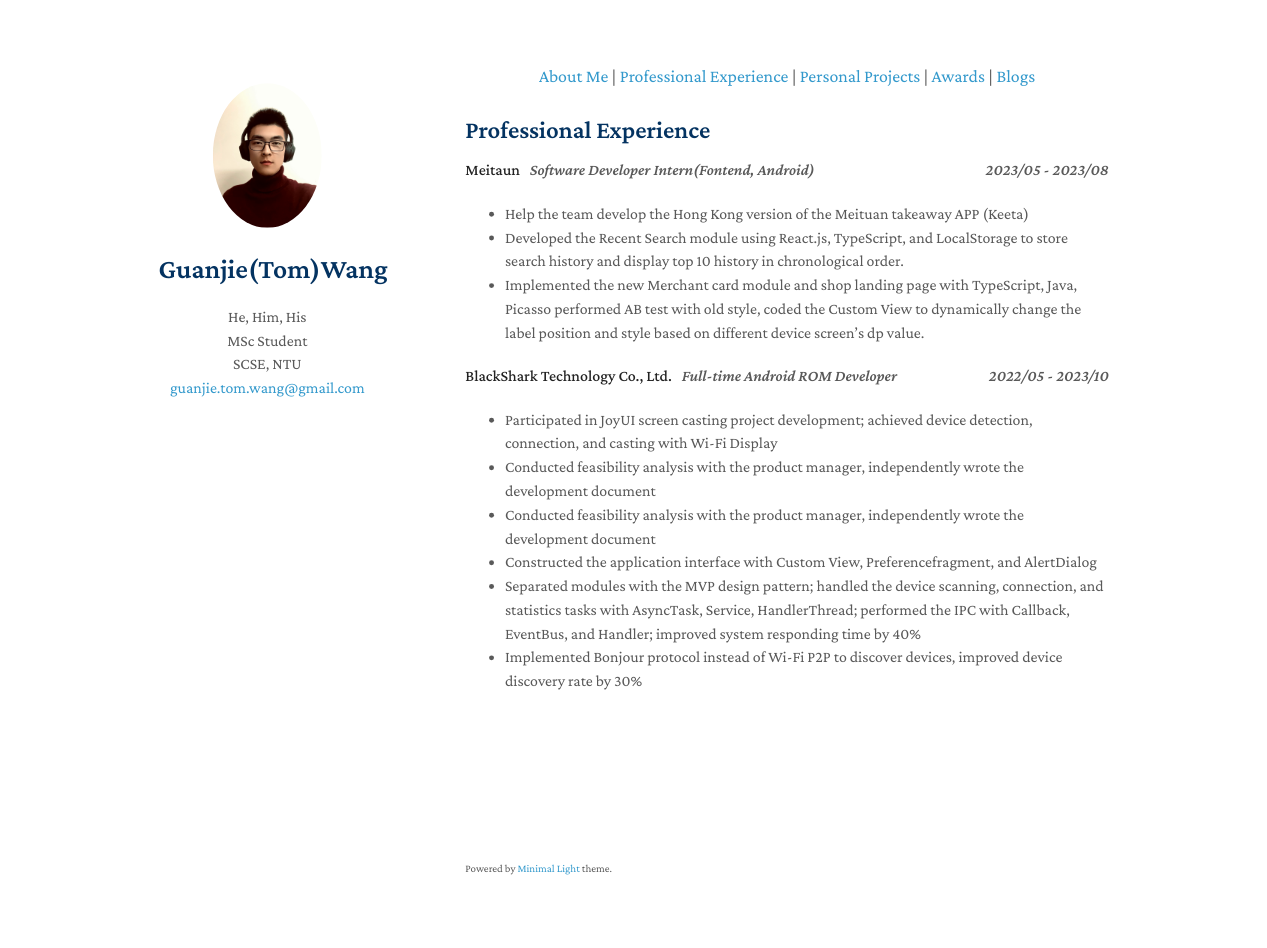
Repository: guanjie01/aboutme
Page: html/professional.html
The author's editor kept a copy of each file at every save. The page is drawn from the files as they stood at one save, then again after the next save.
The browser window is 1280 px wide. The pictures show the whole page, at 99% of full size.

Above is the page before, as saved 2023-07-31 18:42:44.

### html/professional.html
<!DOCTYPE html>
<html lang="en" class="">
  <head>
    <meta http-equiv="Content-Type" content="text/html; charset=UTF-8" />
    <title>Guanjie Wang</title>
    <link rel="shortcut icon" href="../assert/Icon.ico" />
    <meta http-equiv="X-UA-Compatible" content="IE=edge" />
    <meta name="viewport" content="width=device-width, initial-scale=1" />
    <meta
      name="description"
      content="The Minimal Light is a simple and elegant jekyll theme for academic personal homepage."
    />

    <meta name="keywords" content="minimal academic" />

    <link rel="stylesheet" href="../css/academicons.min.css" />

    <link rel="stylesheet" href="../css/all.min.css" />

    <link rel="stylesheet" href="../css/style.css" />
    <link
      type="text/css"
      rel="stylesheet"
      charset="UTF-8"
      href="../css/translateelement.css"
    />
  </head>
  <script src="../js/Professional.js"></script>
  <body data-new-gr-c-s-check-loaded="14.1087.0" data-gr-ext-installed="">
    <div id="app">
      <div class="spinner">
        <div class="rect1"></div>
        <div class="rect2"></div>
        <div class="rect3"></div>
        <div class="rect4"></div>
        <div class="rect5"></div>
      </div>
      <p style="text-align: center; font-size: 28px">Loading, please wait... </p>
    </div>
    <div class="wrapper">
    <header id="hd">
      <a class="image avatar"
        ><img
          src="../assert/Photo.jpg"
          alt="avatar"
          oncontextmenu="return false"
      /></a>

      <h1>Guanjie(Tom)Wang</h1>
      He, Him, His
      <br />
      MSc Student
      <br />

      SCSE, NTU

      <br />
      <a href="mailto: guanjie.tom.wang@gmail.com"
        >guanjie.tom.wang@gmail.com</a
      >
    </header>
    <section id="main">
      <nav id="nav">
        <a href="https://o-guanjiewang-o.github.io/guanjiewang.com/index.html">About Me</a> |
        <a href="https://o-guanjiewang-o.github.io/guanjiewang.com/html/professional.html">Professional Experience</a> |
        <a href="https://o-guanjiewang-o.github.io/guanjiewang.com/html/project.html">Personal Projects</a> |
        <a href="https://o-guanjiewang-o.github.io/guanjiewang.com/html/awards.html">Awards</a> |
        <a href="https://o-guanjiewang-o.github.io/guanjiewang.com/html/blogs.html">Blogs</a>
      </nav>
      <br />
      <div id="work-experience">
        <h2>Professional Experience</h2>
      <p>
          <strong style="float:left;margin-right:10px;">Meitaun<br></strong>

          <em style="float:left;">Software Developer Intern(Fontend, Android)</em>

          <em style="float:right;margin-left:10px;">2023/05 - 2023/08</em>
      </br>
         </p>

        <ul>
          <li>
            Help the team develop the Hong Kong version of the Meituan takeaway APP (Keeta)
          </li>
          <li>
            Developed the Recent Search module using React.js, TypeScript, and LocalStorage to store search history and display top 10 history in chronological order.
          </li>
          <li>
            Implemented the new Merchant card module and shop landing page with TypeScript, Java, Picasso performed AB test with old style, coded the Custom View to dynamically change the label position and style based on different device screen’s dp value.
          </li>
        </ul>


        <p>
          <strong style="float:left;margin-right:10px;">BlackShark Technology Co., Ltd.<br></strong>

          <em style="float:left;">Full-time Android ROM Developer</em>

          <em style="float:right;margin-left:10px;">2022/05 - 2023/10</em>
      </br>
         </p>

        <ul>
          <li>
            Participated in JoyUI screen casting project development; achieved
            device detection, connection, and casting with Wi-Fi Display
          </li>
          <li>
            Conducted feasibility analysis with the product manager,
            independently wrote the development document
          </li>
          <li>
            Conducted feasibility analysis with the product manager,
            independently wrote the development document
          </li>
          <li>
            Constructed the application interface with Custom View,
            Preferencefragment, and AlertDialog
          </li>
          <li>
            Separated modules with the MVP design pattern; handled the device
            scanning, connection, and statistics tasks with AsyncTask, Service,
            HandlerThread; performed the IPC with Callback, EventBus, and
            Handler; improved system responding time by 40%
          </li>
          <li>
            Implemented Bonjour protocol instead of Wi-Fi P2P to discover
            devices, improved device discovery rate by 30%
          </li>
        </ul>
      </div>

      <div id="reference">
        <br /><br /><br /><br /><br /><br />

        <p>
          <small
            >Powered by
            <a
              href="https://github.com/yaoyao-liu/minimal-light"
              target="_blank"
              rel="noopener"
              >Minimal Light</a
            >
            theme.</small
          >
        </p>
      </div>
    </section>
  </div>
  </body>
</html>

### css/style.css
@import url("https://fonts.googleapis.com/css2?family=Crimson+Pro:ital,wght@0,400;0,500;0,600;1,600&display=swap");
@import url("https://fonts.googleapis.com/css2?family=Ubuntu+Mono&display=swap");
body {
  background-color: #fff;
  padding: 0px;
  font: 16px/1.5 Crimson Pro, serif;
  color: #595959;
  font-weight: 400;
  margin: 0;
}
@keyframes fadeInAnimation {
  0% {
    opacity: 0; /*设置不透明度*/
  }
  100% {
    opacity: 1;
  }
}
.social-icons a {
  display: inline-block;
  height: 3rem;
  width: 3rem;
  background-color: #495057;
  color: #fff !important;
  border-radius: 100%;
  text-align: center;
  font-size: 1.5rem;
  line-height: 3.1rem;
  margin-right: 1rem;
}
.social-icons a:last-child {
  margin-right: 0;
}
.social-icons a:hover {
  background-color: #000000;
}
autocolor {
  color: #494949;
}
lightonly {
  visibility: visible;
}
darkonly {
  visibility: hidden;
}
education {
  font-weight: 500;
  font-size: 115%;
}
papertitle {
  font-weight: 600;
  font-size: 100%;
}
@media (prefers-color-scheme: dark) {
  body {
    background-color: #20212b;
    color: #dadbdf;
  }
  autocolor {
    color: #dadbdf;
  }
  lightonly {
    visibility: hidden;
  }
  darkonly {
    visibility: visible;
  }
  papertitle {
    color: #eeeff0;
  }
}
.image {
  border-radius: 0.35em;
  border: 0;
  display: inline-block;
  position: relative;
}
.image:before {
  -moz-transition: opacity 0.2s ease-in-out;
  -webkit-transition: opacity 0.2s ease-in-out;
  -ms-transition: opacity 0.2s ease-in-out;
  transition: opacity 0.2s ease-in-out;
  border-radius: 0.35em;
  content: "";
  display: block;
  height: 100%;
  left: 0;
  opacity: 0.5;
  position: absolute;
  top: 0;
  width: 100%;
}
.image.avatar {
  border-radius: 100%;
}
.image.avatar:before {
  display: none;
}
.image.avatar img {
  border-radius: 100%;
  width: 50%;
  padding: 20px;
}
#header .image.avatar {
  margin: 0 0 1em 0;
  width: 8em;
}
h1,
h3,
h4,
h5,
h6 {
  font-weight: 600;
  color: #043361;
  margin: 0 0 20px;
}
h2 {
  color: #043361;
  margin: 2px 0px 15px;
  font-size: 157%;
}
@media (prefers-color-scheme: dark) {
  h1,
  h3,
  h4,
  h5,
  h6 {
    color: #3eb7f0;
  }
  h2 {
    color: #3eb7f0;
  }
}
p,
ul,
ol,
table,
pre,
dl {
  margin: 0 0 20px;
}
h1,
h2,
h3 {
  line-height: 1.1;
}
h1 {
  font-size: 28px;
}
a {
  color: #39c;
  text-decoration: none;
}
a:hover {
  color: #069;
}
@media (prefers-color-scheme: dark) {
  a {
    color: #3eb7f0;
  }
}
a small {
  font-size: 11px;
  color: #777;
  margin-top: -0.3em;
  display: block;
}
a:hover small {
  color: #777;
}
.wrapper {
  width: 960px;
  margin: 0 auto;
}
blockquote {
  border-left: 1px solid #e5e5e5;
  margin: 0;
  padding: 0 0 0 20px;
  font-style: italic;
}
code,
pre {
  font-family: Monaco, Bitstream Vera Sans Mono, Lucida Console, Terminal,
    Consolas, Liberation Mono, DejaVu Sans Mono, Courier New, monospace;
  color: #333;
}
pre {
  max-width: 500px;
  padding: 8px 15px;
  background: #f8f8f8;
  border-radius: 5px;
  border: 1px solid #e5e5e5;
  overflow-x: auto;
}
table {
  width: 100%;
  border-collapse: collapse;
}
th,
td {
  text-align: left;
  padding: 5px 10px;
  border-bottom: 1px solid #e5e5e5;
}
dt {
  color: #444;
  font-weight: 500;
}
th {
  color: #444;
}
@media (prefers-color-scheme: dark) {
  th {
    color: #3eb7f0;
  }
  dt {
    color: #3eb7f0;
  }
}
img {
  max-width: 100%;
}
header {
  width: 220px;
  float: left;
  position: fixed;
  -webkit-font-smoothing: subpixel-antialiased;
  padding-top: 4em;
  text-align: center;
  animation: 1s fadeInAnimation;
  animation-iteration-count: 1;
  animation-fill-mode: forwards;
}
nav {
  text-align: center;
  font-size: large;
  animation: 1s fadeInAnimation;
  animation-iteration-count: 1;
  animation-fill-mode: forwards;
}
#about-me {
  animation: 1s fadeInAnimation;
  animation-iteration-count: 1;
  animation-fill-mode: forwards;
}
#work-experience {
  animation: 1s fadeInAnimation;
  animation-iteration-count: 1;
  animation-fill-mode: forwards;
}

#project {
  animation: 1s fadeInAnimation;
  animation-iteration-count: 1;
  animation-fill-mode: forwards;
}
#Awards {
  animation: 1s fadeInAnimation;
  animation-iteration-count: 1;
  animation-fill-mode: forwards;
}
#reference {
  animation: 1s fadeInAnimation;
  animation-iteration-count: 1;
  animation-fill-mode: forwards;
}
header ul {
  list-style: none;
  height: 40px;
  padding: 0;
  background: #f4f4f4;
  border-radius: 5px;
  border: 1px solid #e0e0e0;
  width: 270px;
}
header li {
  width: 89px;
  float: left;
  border-right: 1px solid #e0e0e0;
  height: 40px;
}
header li:first-child a {
  border-radius: 5px 0 0 5px;
}
header li:last-child a {
  border-radius: 0 5px 5px 0;
}
header ul a {
  line-height: 1;
  font-size: 11px;
  color: #999;
  display: block;
  text-align: center;
  padding-top: 6px;
  height: 34px;
}
header ul a:hover {
  color: #999;
}
header ul a:active {
  background-color: #f0f0f0;
}
strong {
  color: #222;
  font-weight: 500;
}
@media (prefers-color-scheme: dark) {
  strong {
    color: #eeeff0;
  }
}
header ul li + li + li {
  border-right: none;
  width: 89px;
}
header ul a strong {
  font-size: 14px;
  display: block;
  color: #222;
}
section {
  width: 650px;
  float: right;
  padding-top: 4em;
  padding-bottom: 50px;
}
small {
  font-size: 11px;
}
hr {
  border: 0;
  background: #e5e5e5;
  height: 1px;
  margin: 0 0 20px;
}
footer {
  width: 220px;
  float: left;
  position: fixed;
  bottom: 30px;
  -webkit-font-smoothing: subpixel-antialiased;
  text-align: center;
}
@media print, screen and (max-width: 960px) {
  div.wrapper {
    width: auto;
    margin: 0;
  }
  header,
  section,
  footer {
    float: none;
    position: static;
    width: auto;
  }
  header {
    padding-right: 320px;
  }
  section {
    border: 1px solid #e5e5e5;
    border-width: 1px 0;
    padding: 20px 0;
    margin: 0 0 20px;
  }
  header a small {
    display: inline;
  }
  header ul {
    position: absolute;
    right: 50px;
    top: 52px;
  }
  .image.avatar img {
    border-radius: 100%;
    width: 117px;
    padding: 20px;
  }
  #head1o2 {
    visibility: hidden;
  }
  #head2o2 {
    visibility: hidden;
  }
}
@media print, screen and (max-width: 960px) {
  body {
    word-wrap: break-word;
    padding: 15px;
  }
  header {
    padding: 0;
  }
  pre,
  code {
    word-wrap: normal;
  }
}
@media print, screen and (max-width: 480px) {
  body {
    padding: 15px;
  }
  header ul {
    width: 99%;
  }
  header li,
  header ul li + li + li {
    width: 33%;
  }
  .image.avatar img {
    border-radius: 100%;
    width: 95px;
    padding: 20px;
  }
  #head1o2 {
    visibility: hidden;
  }
  #head2o2 {
    visibility: hidden;
  }
}
@media print {
  body {
    padding: 0.4in;
    font-size: 12pt;
    color: #444;
  }
}
.biblink {
  text-decoration: none;
  display: inline;
  margin-right: 0px;
}
.fakelink {
  text-decoration: none;
  cursor: pointer;
}
.bibref {
  font-size: 70%;
  margin-top: 10px;
  margin-left: 0px;
  display: none;
  font-family: monospace;
}

.spinner {
  margin: 50px auto;
  width: 300px;
  height: 300px;
  text-align: center;
  font-size: 10px;
}

.spinner > div {
  background-color: #043361;
  height: 100%;
  width: 20px;
  display: inline-block;
  -webkit-animation: stretchDelay 1.2s infinite ease-in-out;
  animation: stretchDelay 1.2s infinite ease-in-out;
}

.spinner .rect2 {
  margin-left: 30px;
  -webkit-animation-delay: -1.1s;
  animation-delay: -1.1s;
}

.spinner .rect3 {
  margin-left: 30px;
  -webkit-animation-delay: -1s;
  animation-delay: -1s;
}

.spinner .rect4 {
  margin-left: 30px;
  -webkit-animation-delay: -0.9s;
  animation-delay: -0.9s;
}

.spinner .rect5 {
  margin-left: 30px;
  -webkit-animation-delay: -0.8s;
  animation-delay: -0.8s;
}

@-webkit-keyframes stretchDelay {
  0%,
  40%,
  100% {
    -webkit-transform: scaleY(0.4);
  }
  20% {
    -webkit-transform: scaleY(1);
  }
}

@keyframes stretchDelay {
  0%,
  40%,
  100% {
    transform: scaleY(0.4);
    -webkit-transform: scaleY(0.4);
  }
  20% {
    transform: scaleY(1);
    -webkit-transform: scaleY(1);
  }
}

Loaded but not shown: css/academicons.min.css (library); css/all.min.css (library); js/Professional.js (22 lines, source omitted); css/translateelement.css (924 lines, source omitted)

After the next save:
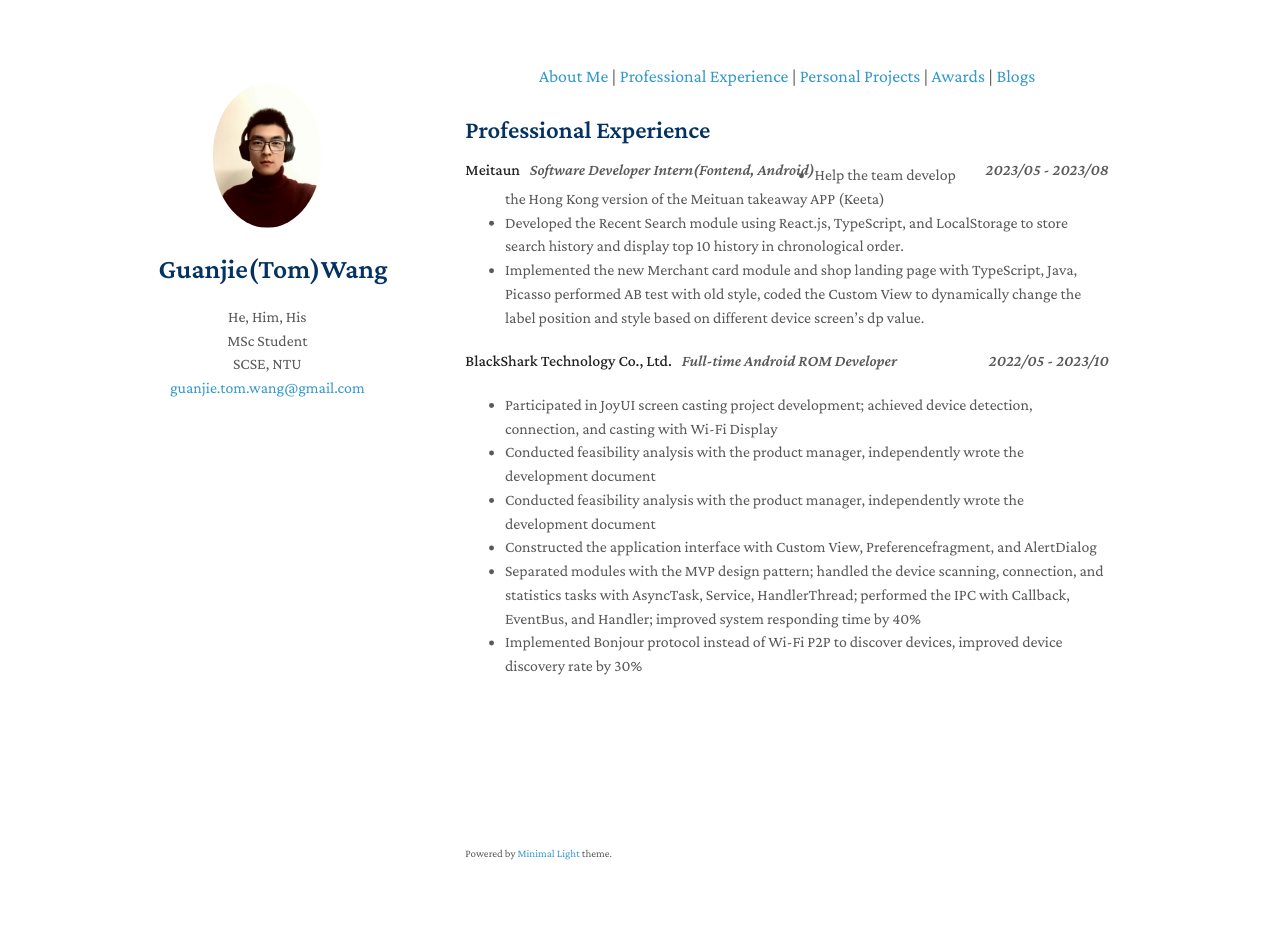
Saved 41 s later.
--- a/html/professional.html
+++ b/html/professional.html
@@ -71,12 +71,12 @@
       <div id="work-experience">
         <h2>Professional Experience</h2>
       <p>
-          <strong style="float:left;margin-right:10px;">Meitaun<br></strong>
+          <strong style="float:left;margin-right:10px;">Meitaun</strong>
 
           <em style="float:left;">Software Developer Intern(Fontend, Android)</em>
 
           <em style="float:right;margin-left:10px;">2023/05 - 2023/08</em>
-      </br>
+
          </p>
 
         <ul>
